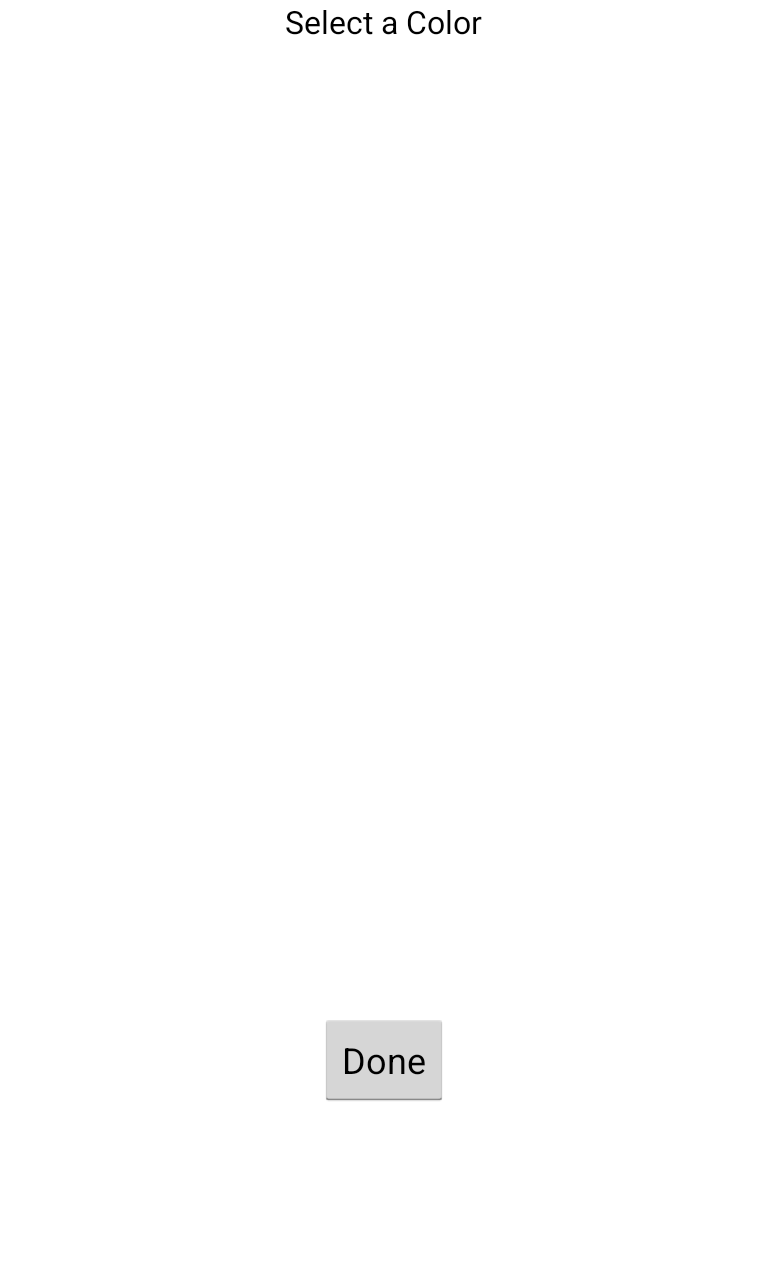
Repository: johnhof/App-Design
Layout: MyNote/res/layout/activity_color_picker.xml
The author's editor kept a copy of each file at every save. The layout is drawn from the files as they stood at one save, then again after a run of saves.
It is drawn on a 768 x 1280 px phone screen (xhdpi) without system bars, with theme AppTheme; the app's code is not run. The app's manifest (not shown) leaves right-to-left support off. So textAlignment, textDirection and layoutDirection are ignored, and left and right values win over start and end ones.

Above is the layout before, as saved 2013-02-05 01:00:16.

After the next 2 saves:
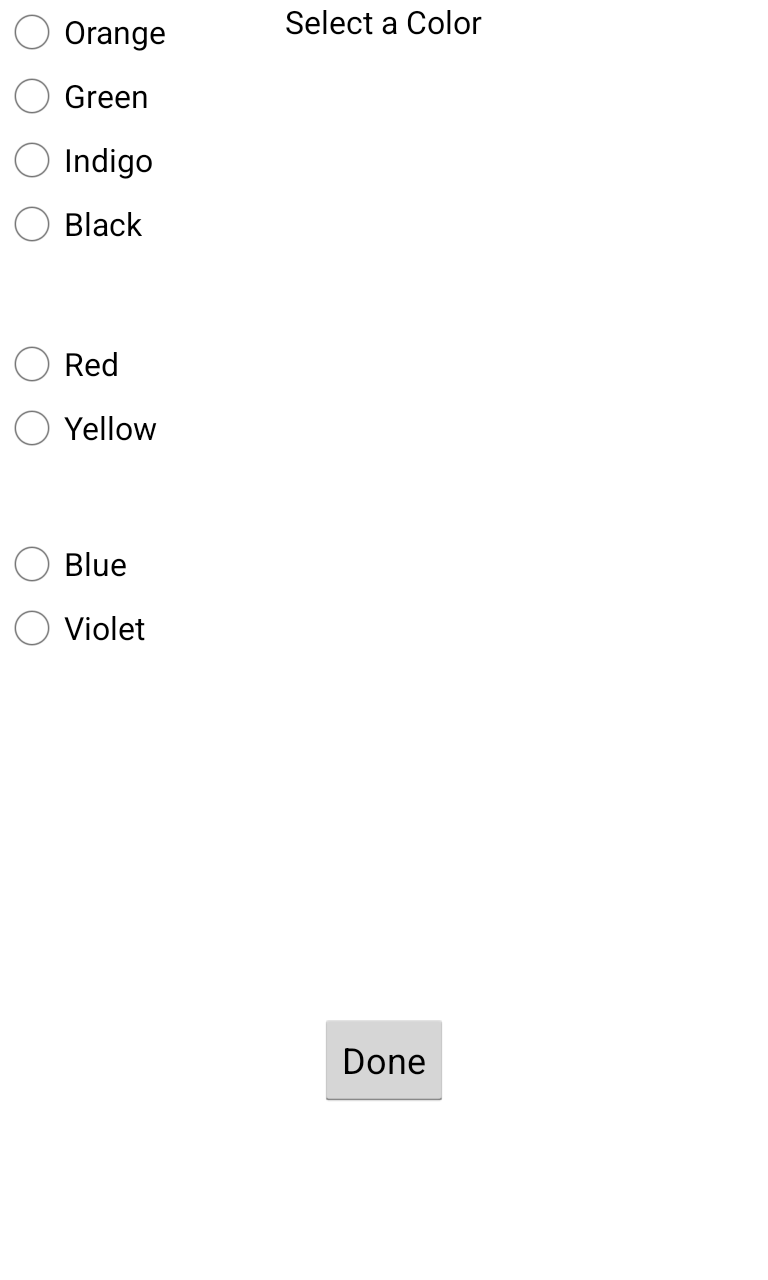
The 2 saves are shown as one change because 1 did not build or start.
The last was saved 8 min 9 s later.
--- a/MyNote/res/layout/activity_color_picker.xml
+++ b/MyNote/res/layout/activity_color_picker.xml
@@ -20,64 +20,60 @@
         android:layout_alignParentTop="true"
         android:layout_centerHorizontal="true"
         android:text="@string/color_instructions" />
-	<RadioGroup>
-		    <RadioButton
-		        android:id="@+id/red_radio"
-		        android:layout_width="wrap_content"
-		        android:layout_height="wrap_content"
-		        android:layout_alignLeft="@+id/instruction_text"
-		        android:layout_below="@+id/instruction_text"
-		        android:layout_marginTop="31dp"
-		        android:text="@string/red" />
 
-		    <RadioButton
-		        android:id="@+id/orange_radio"
-		        android:layout_width="wrap_content"
-		        android:layout_height="wrap_content"
-		        android:layout_marginTop="31dp"
-		        android:text="@string/orange" />
+    <RadioGroup
+        android:id="@+id/radioGroup1"
+        android:layout_width="wrap_content"
+	    android:layout_height="wrap_content" >
 
-		    <RadioButton
-		        android:id="@+id/yellow_radio"
-		        android:layout_width="wrap_content"
-		        android:layout_height="wrap_content"
-		        android:layout_marginTop="31dp"
-		        android:text="@string/yellow" />
+	    <RadioButton
+	        android:id="@+id/orange_radio"
+	        android:layout_width="wrap_content"
+	        android:layout_height="wrap_content"
+	        android:text="@string/orange" />
 
-		    <RadioButton
-		        android:id="@+id/green_radio"
-		        android:layout_width="wrap_content"
-		        android:layout_height="wrap_content"
-		        android:layout_marginTop="31dp"
-		        android:text="@string/green" />
+	    <RadioButton
+	        android:id="@+id/green_radio"
+	        android:layout_width="wrap_content"
+	        android:layout_height="wrap_content"
+	        android:text="@string/green" />
 
-		    <RadioButton
-		        android:id="@+id/blue_radio"
-		        android:layout_width="wrap_content"
-		        android:layout_height="wrap_content"
-		        android:layout_marginTop="31dp"
-		        android:text="@string/blue" />
+	    <RadioButton
+	        android:id="@+id/indigo_radio"
+	        android:layout_width="wrap_content"
+	        android:layout_height="wrap_content"
+	        android:text="@string/indigo" />
 
-		    <RadioButton
-		        android:id="@+id/indigo_radio"
-		        android:layout_width="wrap_content"
-		        android:layout_height="wrap_content"
-		        android:layout_marginTop="31dp"
-		        android:text="@string/indigo" />
+	    <RadioButton
+	        android:id="@+id/black_radio"
+	        android:layout_width="wrap_content"
+	        android:layout_height="wrap_content"
+	        android:text="@string/black" />
 
-		    <RadioButton
-		        android:id="@+id/violet_radio"
-		        android:layout_width="wrap_content"
-		        android:layout_height="wrap_content"
-		        android:layout_marginTop="31dp"
-		        android:text="@string/violet"/>
+	    <RadioButton
+	        android:id="@+id/red_radio"
+	        android:layout_width="wrap_content"
+	        android:layout_height="wrap_content"
+	        android:layout_marginTop="38dp"
+	        android:text="@string/red" />
 
-		    <RadioButton
-		        android:id="@+id/black_radio"
-		        android:layout_width="wrap_content"
-		        android:layout_height="wrap_content"
-		        android:layout_marginTop="31dp"
-		        android:text="@string/black" />
-		</RadioGroup>
+	    <RadioButton
+	        android:id="@+id/yellow_radio"
+	        android:layout_width="wrap_content"
+	        android:layout_height="wrap_content"
+	        android:layout_marginBottom="36dp"
+	        android:text="@string/yellow" />
 
+	    <RadioButton
+	        android:id="@+id/blue_radio"
+	        android:layout_width="wrap_content"
+	        android:layout_height="wrap_content"
+	        android:text="@string/blue" />
+
+	    <RadioButton
+	        android:id="@+id/violet_radio"
+	        android:layout_width="wrap_content"
+	        android:layout_height="wrap_content"
+	        android:text="@string/violet" />
+	</RadioGroup>
 </RelativeLayout>
